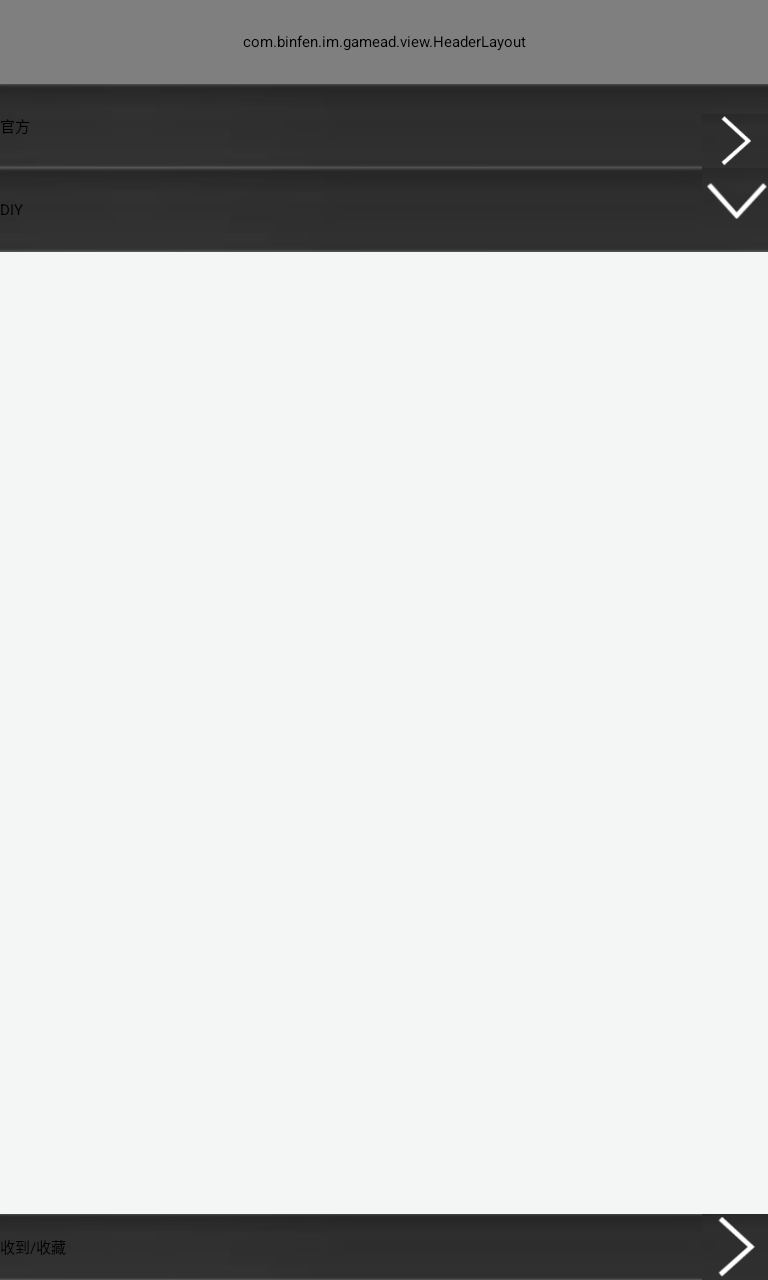
Repository: hosle/gad2
Layout: gamead_IM2/res/layout/xxh_gamelayout2.xml
An editor plug-in stored every save of this project. The layout is shown before and after the next save, followed by the edit.
Pictures or frames that could not be fetched are drawn as grey boxes. It is drawn on a 768 x 1280 px phone screen (xhdpi) without system bars, with theme AppTheme; the app's code is not run. Lists and similar views that code fills are empty. The app's manifest (not shown) leaves right-to-left support off. So textAlignment, textDirection and layoutDirection are ignored, and left and right values win over start and end ones.

Above is the layout before, as saved 2015-06-26 06:37:55.

After the next save:
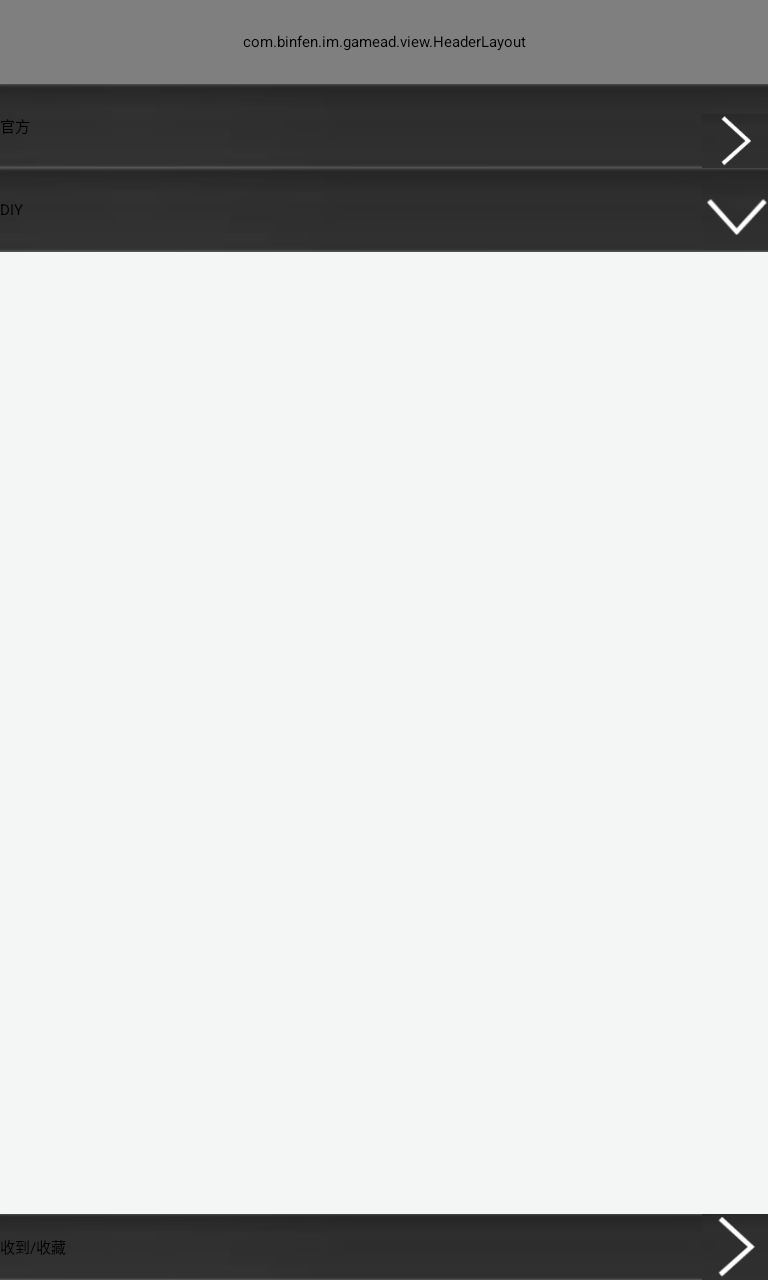
Saved 2 min 21 s later.
--- a/gamead_IM2/res/layout/xxh_gamelayout2.xml
+++ b/gamead_IM2/res/layout/xxh_gamelayout2.xml
@@ -65,7 +65,7 @@
                 android:layout_height="wrap_content"
                 android:layout_alignParentRight="true"
                 android:layout_alignParentEnd="true"
-                android:layout_alignTop="@+id/receive_game"
+                android:layout_alignBaseline="@+id/receive_game"
                 android:background="@drawable/xxh_game_bkimgbnt"
                 android:src="@drawable/xxh_game_ad" />
 

After the save that followed:
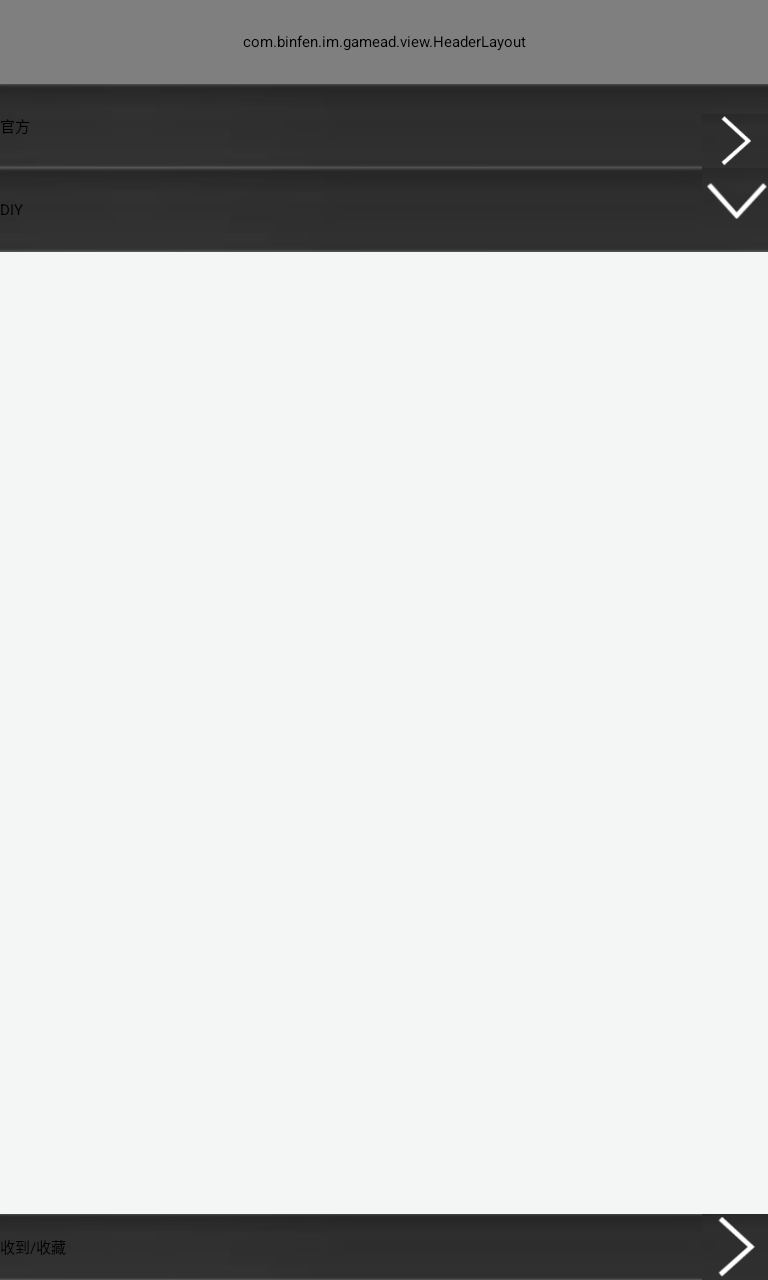
Saved 42 s later.
--- a/gamead_IM2/res/layout/xxh_gamelayout2.xml
+++ b/gamead_IM2/res/layout/xxh_gamelayout2.xml
@@ -65,7 +65,7 @@
                 android:layout_height="wrap_content"
                 android:layout_alignParentRight="true"
                 android:layout_alignParentEnd="true"
-                android:layout_alignBaseline="@+id/receive_game"
+                android:layout_alignTop="@+id/receive_game"
                 android:background="@drawable/xxh_game_bkimgbnt"
                 android:src="@drawable/xxh_game_ad" />
 
@@ -132,6 +132,7 @@
                 android:layout_height="wrap_content"
                 android:layout_alignParentRight="true"
                 android:layout_alignParentTop="true"
+                android:layout_alignTop="@+id/receive_game"
                 android:background="@drawable/xxh_game_bkimgbnt"
                 android:src="@drawable/xxh_game_ar" />
         </RelativeLayout>
